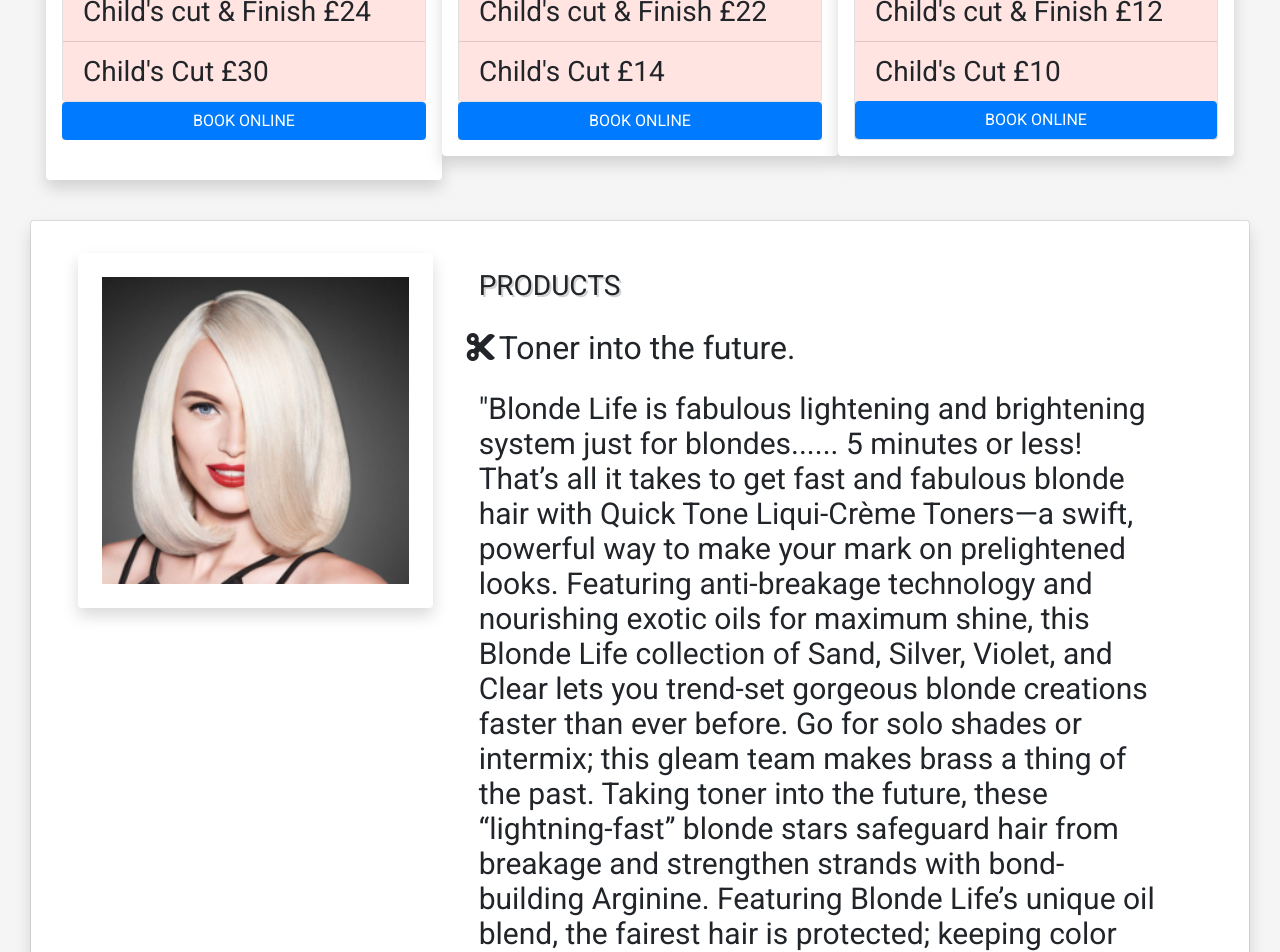
Repository: Gristydesigns/elegance-salon
Page: index.html
The author's editor kept a record of every edit. The page is drawn from the files as they stood at one moment, then again after the next edit.
The browser window is 1280 px wide. The pictures show the part of the page from y = 2458 to 3410 px (the page is 5972 px tall before and 5905 px after).
A picture or video elsewhere on the page could not be fetched, so the positions and the page height are approximate. Some web libraries are served in a nearby version.

Above is the page before.

After the next edit:
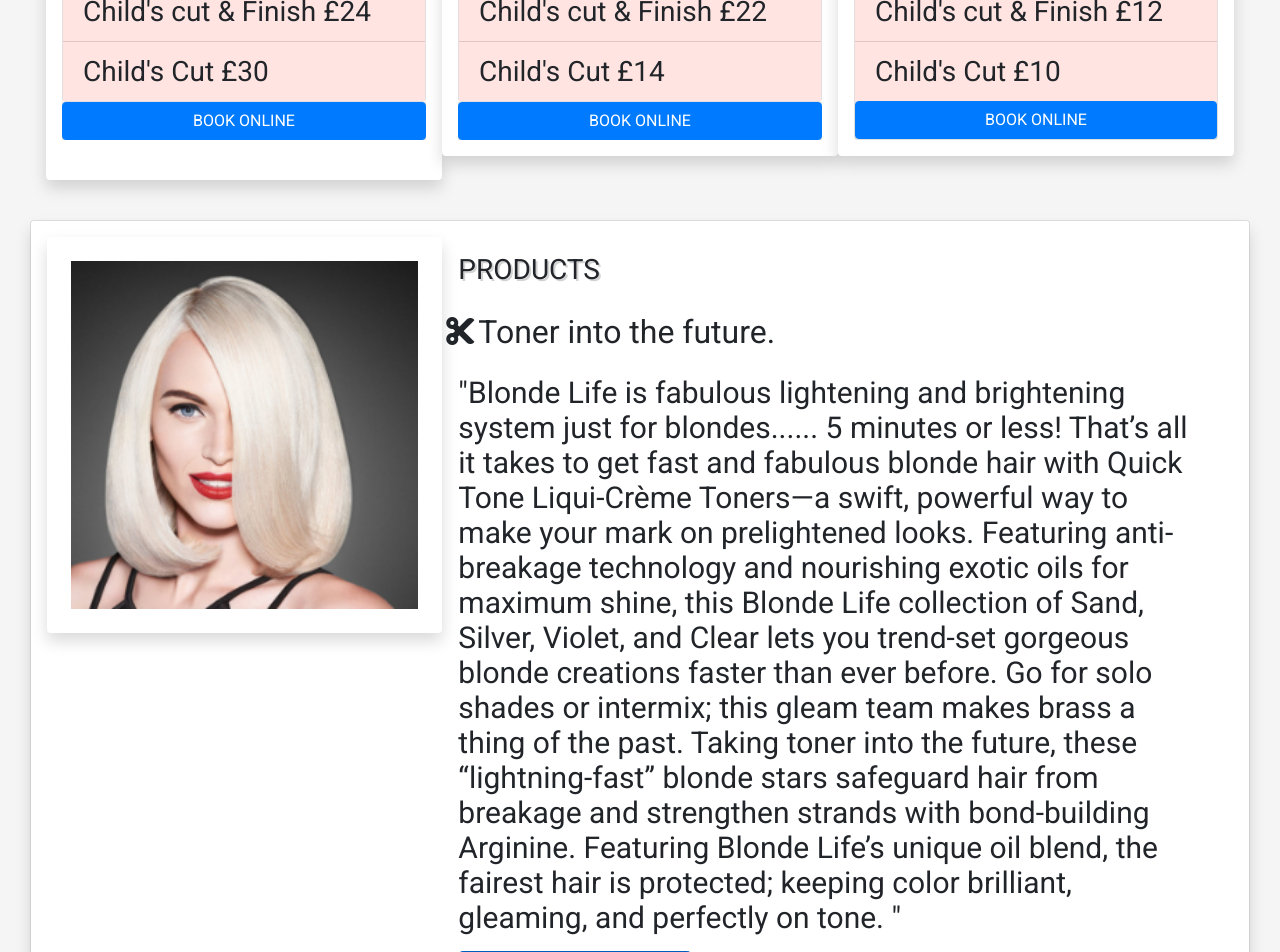
The edit:
--- a/index.html
+++ b/index.html
@@ -192,7 +192,7 @@
   <div class="container-fluid" id="products">
     <div class="card">
       <div class="shadow p-3 mb-5 bg-white rounded">
-        <div class="row m-3">
+        <div class="row no-gutters">
           <div class="col-sm-12 col-md-4">
             <img src="assets/image/platinumn2.png" id="image-product" class="card-img shadow p-4 mb-5 bg-white rounded " alt="owner photo " />
           </div>
